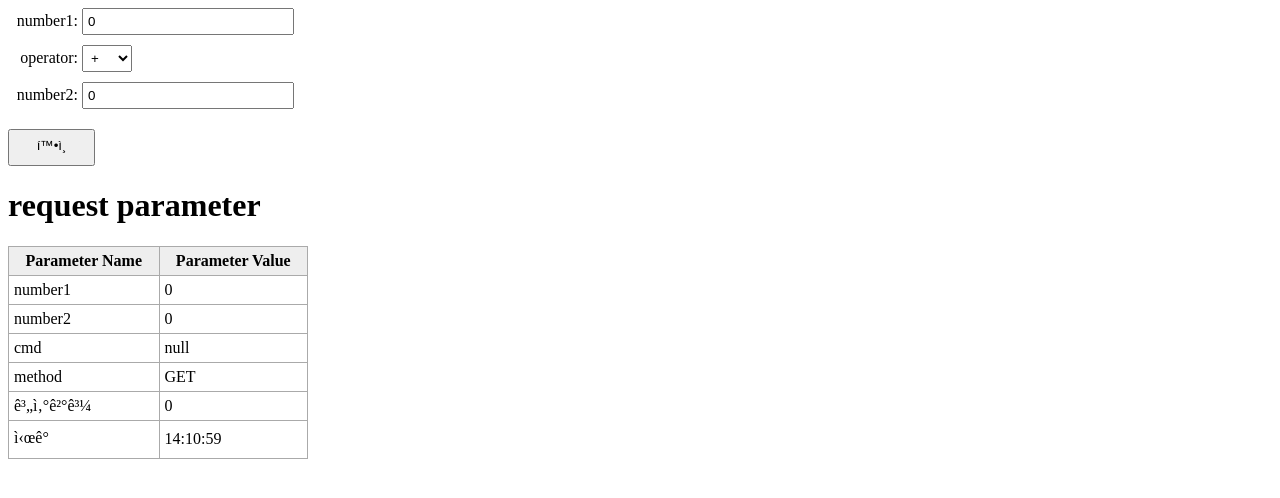
Repository: 5anniversary/JSPhw
Page: http://localhost/lecture1/form01/form1.jsp
These files come from the project's save history. The page is drawn as it stood at one moment and after the next save; the edit follows.
The browser window is 1280 px wide. The pictures show the whole page.
The page is served by Tomcat 9.

Above is the page before, as saved 2020-04-11 11:29:58.

After the next save:
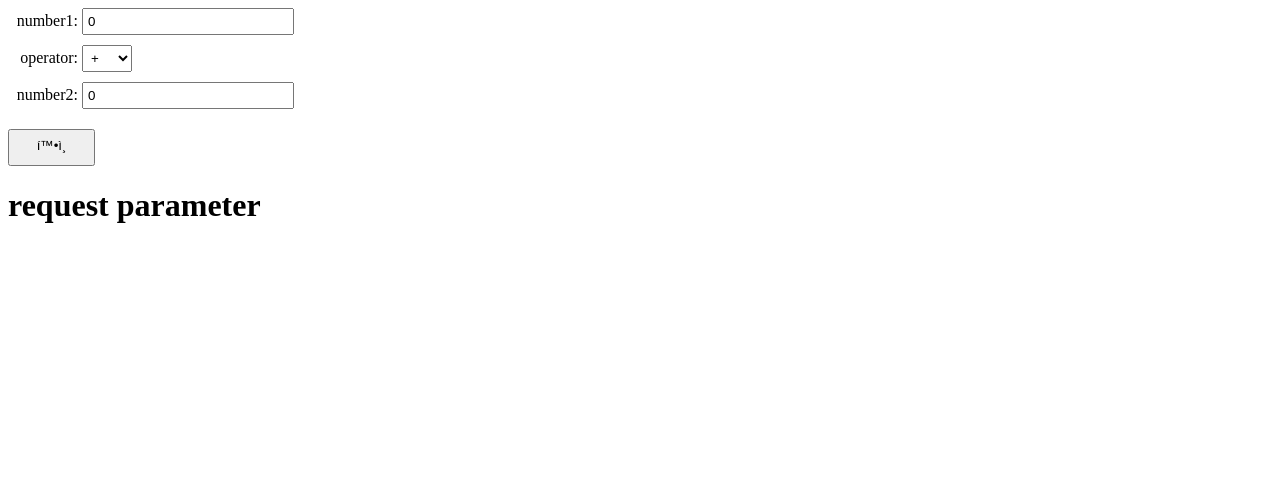
Saved 13 s later.
--- a/lecture1/WebContent/form01/form1.jsp
+++ b/lecture1/WebContent/form01/form1.jsp
@@ -65,40 +65,5 @@ td, th {
 			</div>
 		</form>
 		<h1>request parameter</h1>
-		<table>
-			<thead>
-				<tr>
-					<th>Parameter Name</th>
-					<th>Parameter Value</th>
-				</tr>
-			</thead>
-			<tbody>
-				<tr>
-					<td>number1</td>
-					<td>0</td>
-
-				</tr>
-				<tr>
-					<td>number2</td>
-					<td>0</td>
-				</tr>
-				<tr>
-					<td>cmd</td>
-					<td>null</td>
-				</tr>
-				<tr>
-					<td>method</td>
-					<td>GET</td>
-				</tr>
-				<tr>
-					<td>계산결과</td>
-					<td>0</td>
-				</tr>
-				<tr>
-					<td>시각</td>
-					<td>14:10:59</td>
-				</tr>
-			</tbody>
-		</table>
 </body>
 </html>
